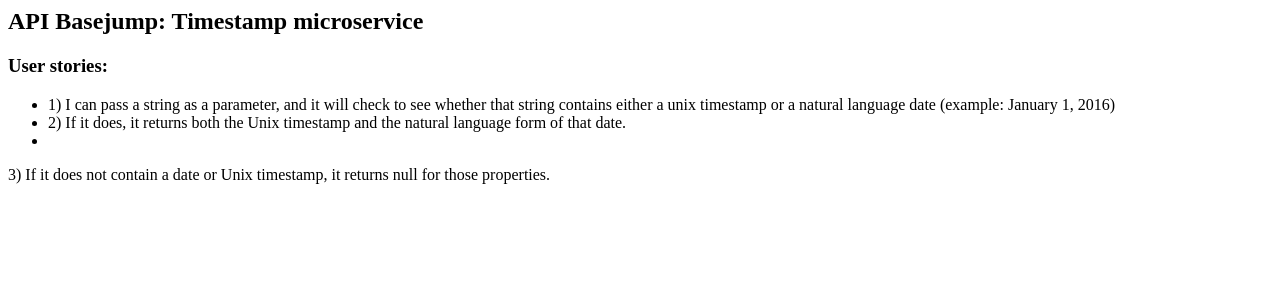
Repository: jocarosa/test
Page: public/index.html
The author's editor kept a record of every edit. The page is drawn from the files as they stood at one moment, then again after the next edit.
The browser window is 1280 px wide. The pictures show the whole page.

Above is the page before.

After the next edit:
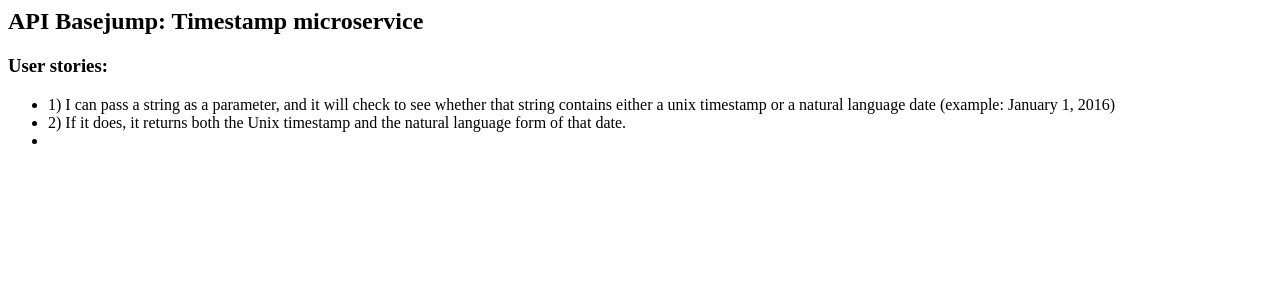
The edit:
--- a/public/index.html
+++ b/public/index.html
@@ -13,6 +13,6 @@
           <li></li>
         </ul>
 
-3) If it does not contain a date or Unix timestamp, it returns null for those properties.
+
       </body>
 </html>
